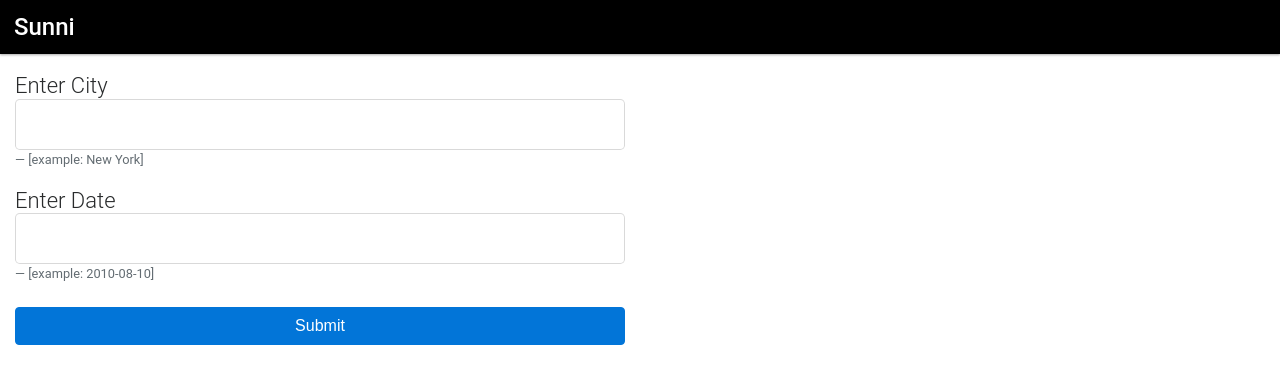
Repository: Oakga/Weather_app
Page: index.html
An editor plug-in stored every save of this project. The page is shown before and after the next save, followed by the edit.
The browser window is 1280 px wide. The pictures show the whole page.

Above is the page before, as saved 2017-09-22 06:23:50.
Console error: SyntaxError: Unexpected token 'const'

After the next save:
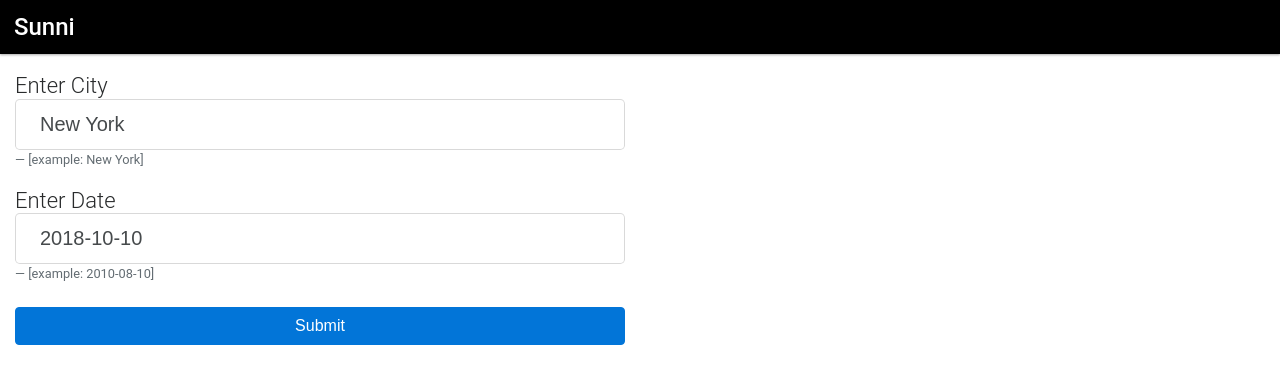
Saved 28 s later.
--- a/index.html
+++ b/index.html
@@ -15,9 +15,9 @@
         <div class="row">
             <div class="col">
                 <form id="location-form">
-                    <h2>Enter City</h2><input type="text" id="location-input" class="form-control form-control-lg "/>
+                    <h2>Enter City</h2><input value="New York" type="text" id="location-input" class="form-control form-control-lg "/>
                     <footer class="blockquote-footer">[example: New York]</footer>
-                    <h2>Enter Date</h2><input type="text" id="date-input" class="form-control form-control-lg "/>
+                    <h2>Enter Date</h2><input value="2018-10-10" type="text" id="date-input" class="form-control form-control-lg "/>
                     <footer class="blockquote-footer">[example: 2010-08-10]</footer>
                     <br>
                     <button type="submit" class="btn btn-primary btn-block">Submit</button>
